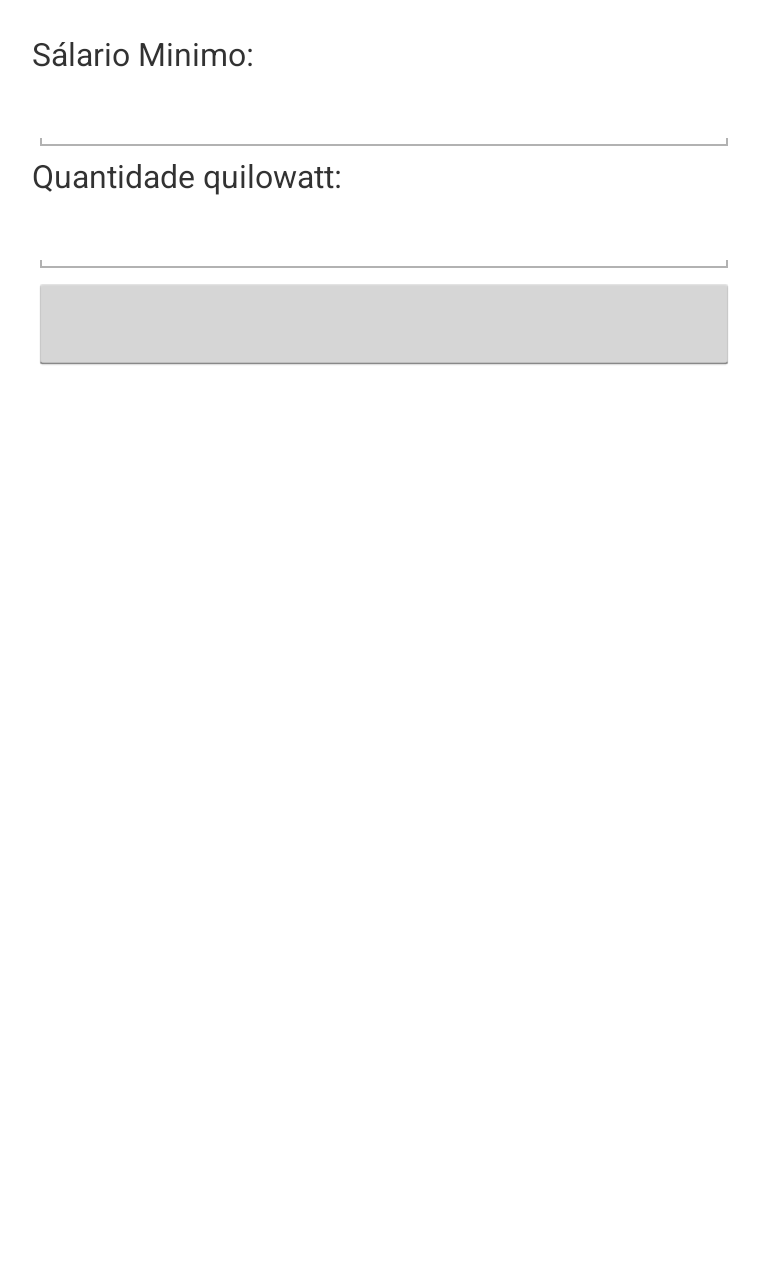
Repository: erickluz/Android
Layout: CustoQuilowatt/res/layout/activity_main.xml
These files come from the project's save history. The layout is drawn as it stood at one moment and after a run of saves; the edit follows.
It is drawn on a 768 x 1280 px phone screen (xhdpi) without system bars, with theme AppTheme; the app's code is not run.

Above is the layout before, as saved 2016-03-15 01:41:13.

### CustoQuilowatt/res/layout/activity_main.xml
<LinearLayout xmlns:android="http://schemas.android.com/apk/res/android"
    xmlns:tools="http://schemas.android.com/tools"
    android:layout_width="match_parent"
    android:layout_height="match_parent"
    android:paddingBottom="@dimen/activity_vertical_margin"
    android:paddingLeft="@dimen/activity_horizontal_margin"
    android:paddingRight="@dimen/activity_horizontal_margin"
    android:paddingTop="@dimen/activity_vertical_margin"
    android:orientation="vertical"
    tools:context="com.erick.custoquilowatt.MainActivity" >

    <TextView
        android:layout_width="fill_parent"
        android:layout_height="wrap_content"
        android:textSize="16sp"
        android:text="@string/salMinimo" />

    <EditText
        android:id="@+id/txtSalMinimo"
        android:labelFor="@+id/txtSalMinimo"
        android:layout_width="fill_parent"
        android:layout_height="wrap_content"
        android:inputType="numberDecimal"/>

    <TextView
        android:layout_width="fill_parent"
        android:layout_height="wrap_content"
        android:textSize="16sp"
        android:text="@string/qtdQuilowatt" />

    <EditText
        android:id="@+id/txtQtdQuilowatt"
        android:labelFor="@+id/txtQtdQuilowatt"
        android:layout_width="fill_parent"
        android:layout_height="wrap_content"
        android:inputType="number"/>

    <Button
        android:id="@+id/btnCalcular"
        android:layout_width="fill_parent"
        android:layout_height="wrap_content"
        android:onClick="btnCalc"/>"

</LinearLayout>

### CustoQuilowatt/res/values/strings.xml
<?xml version="1.0" encoding="utf-8"?>
<resources>

    <string name="app_name">"CustoQuilowatt "</string>
    <string name="hello_world">Hello world!</string>
    <string name="action_settings">Settings</string>
    <string name="salMinimo">Sálario Minimo:</string>
    <string name="qtdQuilowatt">Quantidade quilowatt:</string>

</resources>

Loaded but not shown: CustoQuilowatt/res/values/styles.xml (common file); CustoQuilowatt/res/values-v11/styles.xml (common file); CustoQuilowatt/res/values-v14/styles.xml (common file); CustoQuilowatt/res/values/dimens.xml (common file); CustoQuilowatt/res/values-w820dp/dimens.xml (common file)

After the next 2 saves:
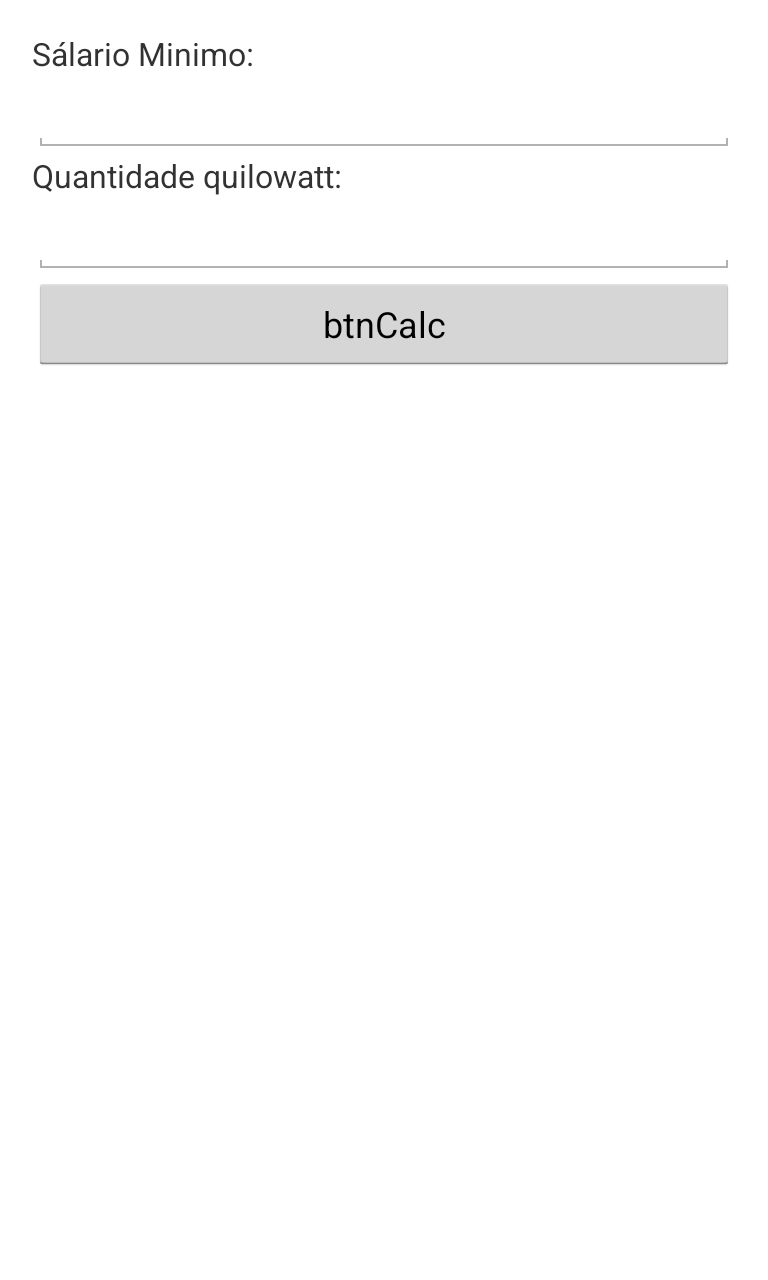
The 2 saves are shown as one change because they came seconds apart.
The last was saved 14 s later.
--- a/CustoQuilowatt/res/layout/activity_main.xml
+++ b/CustoQuilowatt/res/layout/activity_main.xml
@@ -39,6 +39,7 @@
         android:id="@+id/btnCalcular"
         android:layout_width="fill_parent"
         android:layout_height="wrap_content"
-        android:onClick="btnCalc"/>"
+        android:onClick="btnCalc"
+        android:text="btnCalc"/>"
 
 </LinearLayout>
